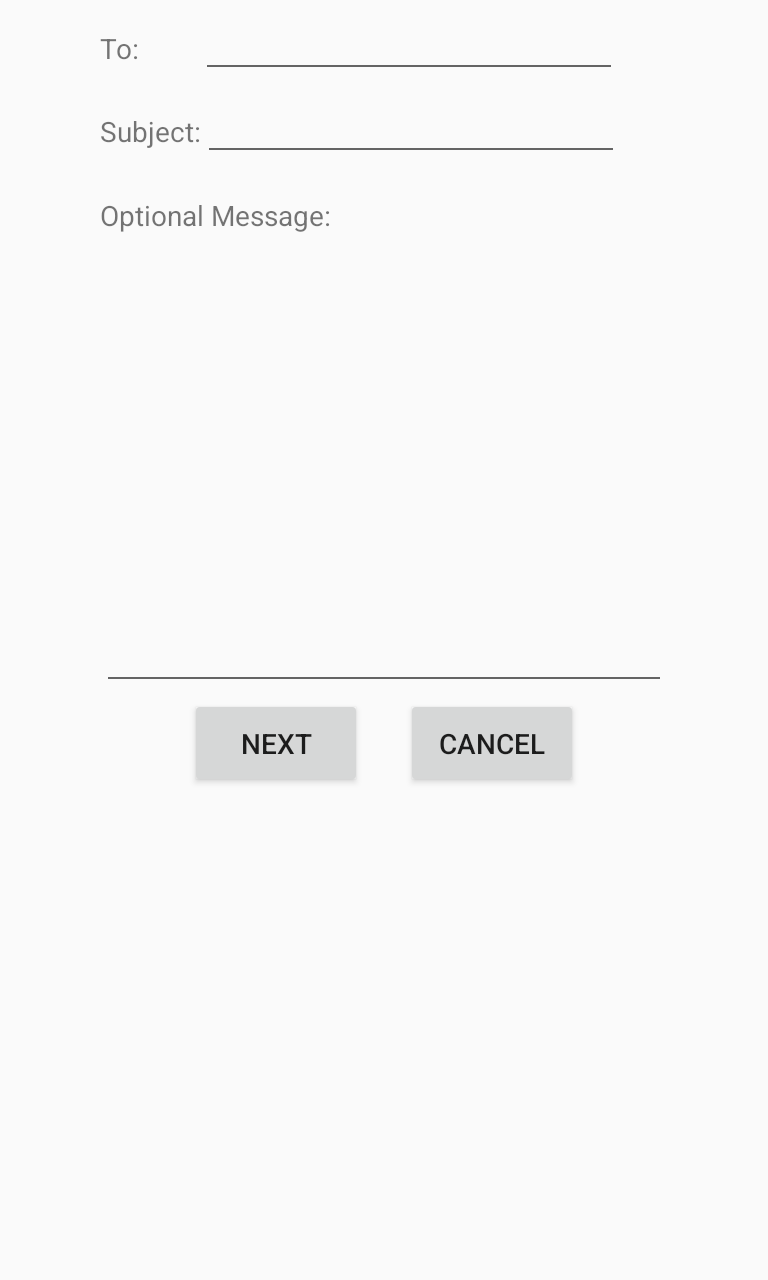
Repository: TeamZhao/Assignment-Tracker
Layout: AssignmentTracker/res/layout/activity_get_email_info.xml
An editor plug-in stored every save of this project. The layout is shown before and after the next save, followed by the edit.
It is drawn on a 768 x 1280 px phone screen (xhdpi) without system bars, with theme AppTheme; the app's code is not run.

Above is the layout before, as saved 2014-12-03 07:09:18.

After the next save:
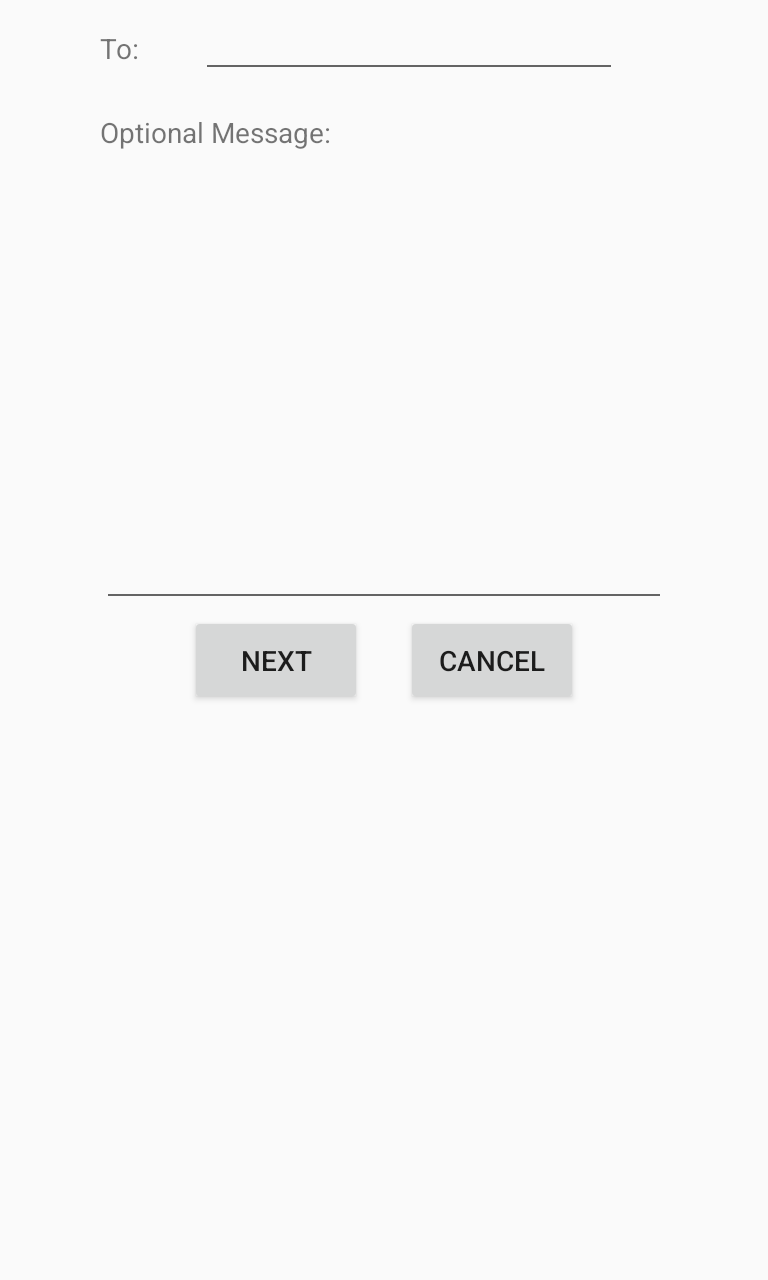
Saved 4 min 52 s later.
--- a/AssignmentTracker/res/layout/activity_get_email_info.xml
+++ b/AssignmentTracker/res/layout/activity_get_email_info.xml
@@ -23,24 +23,6 @@
             android:layout_height="wrap_content"
             android:ems="10"
             android:enabled="true" />
-    </LinearLayout>
-
-    <LinearLayout
-        android:layout_width="match_parent"
-        android:layout_height="wrap_content"
-        android:orientation="horizontal" >
-
-        <TextView
-            android:id="@+id/textView3"
-            android:layout_width="wrap_content"
-            android:layout_height="wrap_content"
-            android:text="@string/subject" />
-
-        <EditText
-            android:id="@+id/txtSubject"
-            android:layout_width="wrap_content"
-            android:layout_height="wrap_content"
-            android:ems="10" />
     </LinearLayout>
 
     <TextView
